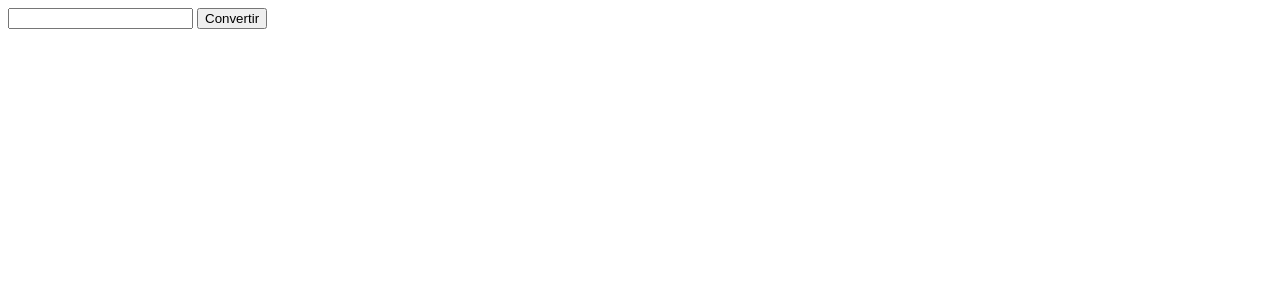
Repository: techmindconsulting/wordshiop-js
Page: index.html
These files come from the project's save history. The page is drawn as it stood at one moment and after the next save; the edit follows.
The browser window is 1280 px wide. The pictures show the whole page.

Above is the page before, as saved 2021-01-17 12:45:10.

After the next save:
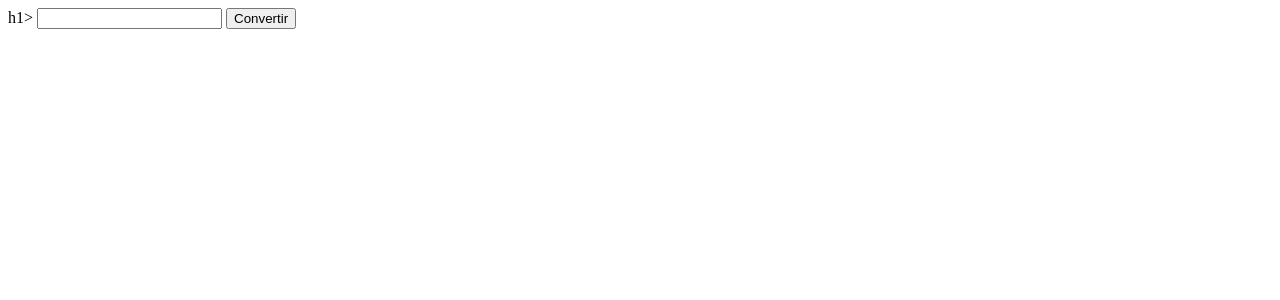
Saved 51 s later.
--- a/index.html
+++ b/index.html
@@ -7,6 +7,7 @@
     <script src="conversion.js"></script>
 </head>
 <body>
+    h1>
     <input type="text" id="amount">
     <input type="button" value="Convertir">
 </body>
